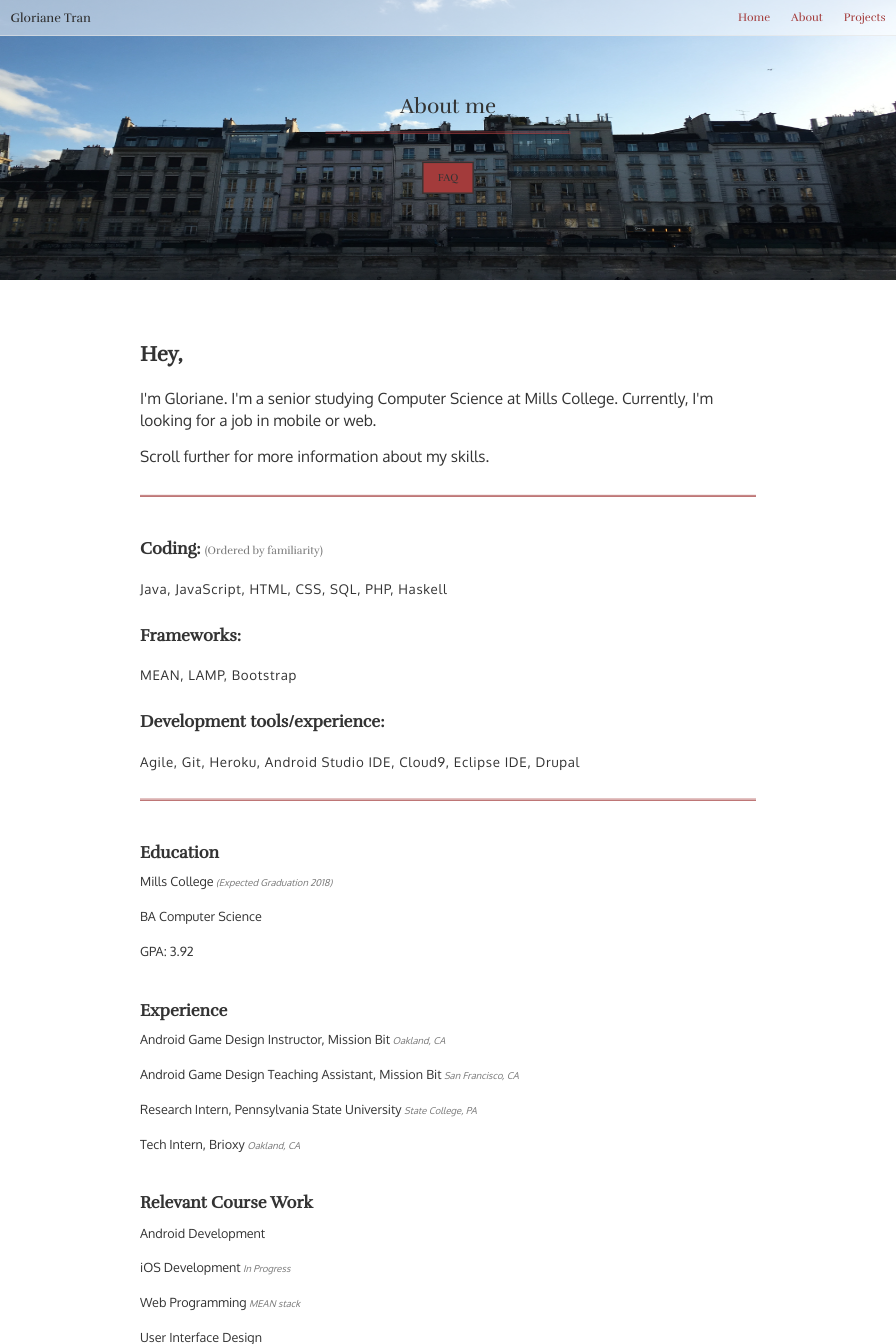
Repository: glorianetran/gloriane-web
Page: http://localhost/about
The author's editor kept a record of every edit. The page is drawn from the files as they stood at one moment, then again after the next edit.
The browser window is 1280 px wide. The pictures show the part of the page from y = 0 to 1920 px (the page is 2679 px tall), at 70% of full size.
Some web libraries are served in a nearby version. The page is served by the project's Node server (app.js). Other server files are loaded and not shown.

Above is the page before.

### app_server/views/about.ejs
<!DOCTYPE html>
<html lang="en">
    <head>
        <% include partials/head.ejs %>
        <script type="text/javascript" src="https://code.jquery.com/jquery-1.11.0.min.js"></script>
        <link href="/stylesheets/about.css" rel="stylesheet">

        <!--FAQ script-->
    	<script>
        	jQuery(document).ready(function() {
        	function close_accordion_section() {
        		jQuery('.accordion .accordion-section-title').removeClass('active');
        		jQuery('.accordion .accordion-section-content').slideUp(300).removeClass('open');
        	}

        	jQuery('.accordion-section-title').click(function(e) {
        		// Grab current anchor value
        		var currentAttrValue = jQuery(this).attr('href');

        		if(jQuery(e.target).is('.active')) {
        			close_accordion_section();
        		}else {
        			close_accordion_section();

        			// Add active class to section title
        			jQuery(this).addClass('active');
        			// Open up the hidden content panel
        			jQuery('.accordion ' + currentAttrValue).slideDown(300).addClass('open');
        		}

        		e.preventDefault();
        	});
        });
	</script>
	</head>

    <body>
        <% include partials/nav%>

        <div class="jumbotron">
            <h2 class="text-center rufina">About me</h2>
            <strong><hr class="style"></strong>
            <br>
            <div class="text-center rufina">
                <input type="button" class="button" onClick="document.getElementById('faq').scrollIntoView();" value="FAQ">
            </div>
        </div>

        <!--About page main text-->
        <div class="container">
            <div class="margin">
                <h2 class="about-header rufina">Hey,</h2>
                <br>
                <div class="about-text oxygen">
                   I'm Gloriane. I'm a senior studying Computer Science at Mills College. Currently, I'm looking
                   for a job in mobile or web.
                </div>
                <br>
                <div class="about-text oxygen">Scroll further for more information about my skills. </div>
                <br>
                <hr class="style-2">
                <br>
                <h3 class="about-header rufina">Coding: <small>(Ordered by familiarity)</small></h3>
                <br>
                <div class="about-text-list oxygen">Java, JavaScript, HTML, CSS, SQL, PHP, Haskell</div>
                <br>
                <h3 class="about-header rufina">Frameworks:</h3>
                <br>
                <div class="about-text-list oxygen">MEAN, LAMP, Bootstrap</div>
                <br>
                <h3 class="about-header rufina">Development tools/experience:</h3>
                <br>
                <div class="about-text-list oxygen">Agile, Git, Heroku, Android Studio IDE, Cloud9, Eclipse IDE, Drupal</div>
                <br>
                <hr class="style-2">
                <br>
                <h3 class="about-header rufina">Education</h3>
                <h4 class="about-text-resume oxygen">Mills College<small><i> (Expected Graduation 2018)</i></small>
                <h4 class="about-text-resume oxygen">BA Computer Science</h4>
                <h4 class="about-text-resume oxygen">GPA: 3.92</h4>
                <br>
                <h3 class="about-header rufina">Experience</h3>
                <h4 class="about-text-resume oxygen">Android Game Design Instructor, Mission Bit<small><i> Oakland, CA</i></small></h4>
                <h4 class="about-text-resume oxygen">Android Game Design Teaching Assistant, Mission Bit<small><i> San Francisco, CA</i></small></h4>
                <h4 class="about-text-resume oxygen">Research Intern, Pennsylvania State University<small><i> State College, PA</i></small></h4>
                <h4 class="about-text-resume oxygen">Tech Intern, Brioxy<small><i> Oakland, CA</i></small></h4>
                <br>
                <h3 class="about-header rufina">Relevant Course Work</h3>
                <h4 class="about-text-resume oxygen">Android Development</h4>
                <h4 class="about-text-resume oxygen">iOS Development<small><i> In Progress</i></small></h4>
                <h4 class="about-text-resume oxygen">Web Programming<small><i> MEAN stack</i> </small></h4>
                <h4 class="about-text-resume oxygen">User Interface Design</h4>
                <br>
                <i><h5 class="oxygen">For more information about my professional skills please
                click <a href="https://drive.google.com/file/d/0B7LTg5vkTmfCWkQ1WWlfV2tndTNld3JjbjJ2OTZxSGRpb0Y0/view?usp=sharing" target="_blank"><b>here</b></a> for my resume.</h5></i>
                <br>
                <hr class="style-2">
                <br>

                 <!-- FAQ -->
                <h2 id="faq" class="about-header rufina text-center">FAQ</h2>
                <br>
                <br>
            	<div class="main">
            		<div class="accordion">

            			    <div class="accordion-section">
            			    	<a class="accordion-section-title rufina" href="#accordion-1">Who are you?</a>
            				    <div id="accordion-1" class="accordion-section-content">
            					    <p class="about-faq oxygen">I'm Gloriane. Most people call me Glo. My life motto is to "Glo with the flow."</p>
            				    </div><!--end .accordion-section-content-->
            		       	</div><!--end .accordion-section-->

            			    <div class="accordion-section">
            				    <a class="accordion-section-title rufina" href="#accordion-2">What do you do outside of class?</a>
            				    <div id="accordion-2" class="accordion-section-content">
            					    <p class="about-faq oxygen">I enjoy thinking about cool app ideas,
            					    improving my general knowledge, finding time to volunteer,
            					    and admiring the beauty of giraffes (and all animals). I'm also the president of the Mills Computer Club! </p>
            				    </div><!--end .accordion-section-content-->
            			    </div><!--end .accordion-section-->

            		    	<div class="accordion-section">
            				    <a class="accordion-section-title rufina" href="#accordion-3">What are your career goals?</a>
            				    <div id="accordion-3" class="accordion-section-content">
                					<p class="about-faq oxygen">My short term goal is to get a job in mobile/web to get more experience as a developer. My long term goal is to
                					find a job where I can combine my passion for social justice and technology. I want to be able to help
                					solve some of the world's most pressing issues with tech.</p>
            				    </div><!--end .accordion-section-content-->
            		    	</div><!--end .accordion-section-->

            			    <div class="accordion-section">
            				    <a class="accordion-section-title rufina" href="#accordion-4">What are your strengths/weaknesses?</a>
            				    <div id="accordion-4" class="accordion-section-content">
            					    <p class="about-faq oxygen">My strengths are: being on time,
            					    being organized, having a positive attitude, and embracing any confusion.
            					    My weaknesses are: obsessing over minor details, not asking for help when needed,
            					    public speaking, and spelling (spell-check spoils me).
            					    </p>
            				    </div><!--end .accordion-section-content-->
            		       	</div><!--end .accordion-section-->

            		       	<div class="accordion-section">
            				    <a class="accordion-section-title rufina" href="#accordion-5">What is one cool thing you have done?</a>
            				    <div id="accordion-5" class="accordion-section-content">
            					    <p class="about-faq oxygen">In my 2nd year of college, I studied abroad in Budapest, Hungary at Aquincum Institute of Technology (AIT).
            					    It was my first time leaving the United States. I traveled to 8 countries such as Spain, France, Denmark, etc. All of the images
            					    used for this website were taken while I was abroad. <br><br>
            					    </p>
            					    <div class="text-center">
            					        <h5 class="about-faq oxygen">Here's a picture of me worshipping a quiche the size of my face in Paris, France.</h5>
            					        <img src="/images/quiche.jpg"></img>
            					    </div>
            					    <br>
            				    </div><!--end .accordion-section-content-->
            		       	</div><!--end .accordion-section-->

                    </div><!--end .accordion-->
            	</div><!--end .main-->
            </div><!--end .margin-->
        </div><!--end .container-->
	</body>

	<% include partials/footer%>

</html>

### app_server/views/partials/head.ejs
<meta charset="utf-8">
<meta http-equiv="X-UA-Compatible" content="IE=edge">
<meta name="viewport" content="width=device-width, initial-scale=1">
<meta name="description" content="Gloriane Tran's personal website with information about her academic work and projects.">
<meta name="author" content="Gloriane Tran">

<!--jQuery-->
<script src="https://ajax.googleapis.com/ajax/libs/jquery/3.2.0/jquery.min.js"></script>

<!--Bootstrap Themes-->
<link rel="stylesheet" href="https://maxcdn.bootstrapcdn.com/bootstrap/3.3.7/css/bootstrap.min.css">
<script src="https://maxcdn.bootstrapcdn.com/bootstrap/3.3.7/js/bootstrap.min.js"></script>

<!--Icons-->
<link href="https://maxcdn.bootstrapcdn.com/font-awesome/4.7.0/css/font-awesome.min.css" rel="stylesheet">

<!--Stylesheets-->
<link href="/stylesheets/footer.css" rel="stylesheet">
<link href="/stylesheets/font.css" rel="stylesheet">
<link href="/stylesheets/nav.css" rel="stylesheet">

<!--Fonts-->
<link href="https://fonts.googleapis.com/css?family=Oxygen|Rufina" rel="stylesheet">

<!--Page Title -->
<title>Gloriane Tran | <%= title %></title>

### app_server/views/partials/nav.ejs
<nav class="navbar navbar-default navbar-fixed-top">
    <div class="container-fluid">
        <div class="navbar-header">
                <button type="button" class="navbar-toggle collapsed" data-toggle="collapse" data-target="#navbar" aria-expanded="false" aria-controls="navbar">
                <span class="icon-bar"></span>
                <span class="icon-bar"></span>
                <span class="icon-bar"></span>
            </button>
            <a class="navbar-brand rufina" href="/">Gloriane Tran</a>
        </div>

        <div class="navbar-collapse collapse" id="navbar">
            <ul class="nav navbar-nav navbar-right rufina">
                <li><a href="/">Home</a></li>
                <li><a href="/about">About</a></li>
                <li><a href="/projects">Projects</a></a></li>
            </ul>
        </div>
    </div>
</nav>

### app_server/views/partials/footer.ejs
<footer>
    <hr>
    <div class="container">
        <div class="text-center">
            <a href="https://www.linkedin.com/in/gloriane-tran-ab8592a7/" target="_blank"><i class="fa fa-linkedin-square fa-3x social"></i></a>
            <a href="https://github.com/glorianetran" target="_blank"><i class="fa fa-github-square fa-3x social"></i></a>
            <a href="mailto:glorianetran@gmail.com"><span class="glyphicon glyphicon-envelope"></span></a>
            <br>
            <br>
            <p class="rufina">Copyright © Gloriane Tran 2017</p>
        </div>
    </div>
</footer>

### app.js
var express = require('express');
var path = require('path');
var favicon = require('serve-favicon');
var logger = require('morgan');
var cookieParser = require('cookie-parser');
var bodyParser = require('body-parser');

var index = require('./app_server/routes/index');
var users = require('./app_server/routes/users');

var app = express();

// view engine setup
app.set('views', path.join(__dirname,'app_server', 'views'));
app.set('view engine', 'ejs');

// uncomment after placing your favicon in /public
//app.use(favicon(path.join(__dirname, 'public', 'favicon.ico')));
app.use(logger('dev'));
app.use(bodyParser.json());
app.use(bodyParser.urlencoded({ extended: false }));
app.use(cookieParser());
app.use(express.static(path.join(__dirname, 'public')));

app.use('/', index);
app.use('/users', users);

// catch 404 and forward to error handler
app.use(function(req, res, next) {
  var err = new Error('Not Found');
  err.status = 404;
  next(err);
});

// error handler
app.use(function(err, req, res, next) {
  // set locals, only providing error in development
  res.locals.message = err.message;
  res.locals.error = req.app.get('env') === 'development' ? err : {};

  // render the error page
  res.status(err.status || 500);
  res.render('error');
});

module.exports = app;

### app_server/controllers/main.js
/* GET home page */
module.exports.index = function(req, res) {
    res.render('index', {
        title: 'Home'
    });
};

/* GET about page. */
module.exports.about = function(req, res) {
    res.render('about', {
        title: 'About'
    });
};

/* GET projects page. */
module.exports.projects = function(req, res) {
    res.render('projects', {
        title: 'Projects'
    });
};

### public/stylesheets/footer.css
footer {
    width: 100%;
    height: 100px;
}


/*Social Media Links*/

.fa-3x {
    font-size: 3em;
    color: #A33B3B;
    margin: auto 5px;
}

.fa-3x:hover {
    color: #333333;
}


/*Link color*/

a {
    color: #A33B3B;
}

a:hover {
    color: #333333;
}

a:focus {
    color: #A33B3B;
}


/*Email Icon*/

span.glyphicon-envelope {
    font-size: 2.5em;
    margin: auto 5px;
}

.glyphicon {
    top: 3px;
}

### public/stylesheets/font.css
.rufina{
    font-family: 'Rufina', serif;
}

.oxygen{
    font-family: 'Oxygen', sans-serif;
}

### public/stylesheets/nav.css
.navbar-default .navbar-brand {
    color: #A33B3B;
    font-size: 18px;
}

.navbar-default .navbar-brand:hover,
.navbar-default .navbar-brand:focus {
    color: #2C2B2B;
}

.navbar-default .navbar-nav>li>a {
    color: #A33B3B;
    font-size: 16px;
}

.navbar-default {
    background-color: RGBA(255, 255, 255, .5);
    border-color: #E7E7E7;
}

.icon-bar {
    background-color: #A33B3B !important;
}

### public/stylesheets/about.css
hr.style {
    border-top: 3px double #000000;
    width: 350px;
    border-color: #A33B3B;
}

hr.style-2 {
    border-top: 3px double #000000;
    width: 100%;
    border-color: #A33B3B;
    text-align: left;
}

.button {
    border-radius: 0px;
    background: #A33B3B;
    font-size: 15px;
    font-weight: 500;
    padding: 10px 20px 10px 20px;
    border: solid #333333 2px;
    outline: none !important;
}

.button:hover {
    text-decoration: none;
    background: #333333;
    color: #A33B3B;
}

.jumbotron {
    margin-bottom: 0px;
    padding: 9% 0;
    width: 100%;
    background-image: url("/images/about.jpg");
    background-size: 100% 100%;
    height: 400px;
}

.container {
    width: 100%;
    padding: 0px;
}

.margin {
    margin: 90px 200px;
}

.about-text {
    font-size: 22px;
}

.about-faq {
    font-size: 16px;
}

.about-text-list {
    font-size: 19px;
    letter-spacing: 1px;
}

.about-text-resume {
    padding: 10px 0px;
}

.about-header {
    font-weight: 800;
}


/*----- Accordion FAQ -----*/

.accordion,
.accordion * {
    box-sizing: border-box;
}

.accordion {
    overflow: hidden;
    box-shadow: 0px 1px 3px rgba(0, 0, 0, 0.25);
    border-radius: 3px;
    background: #f7f7f7;
}


/*----- Section Titles -----*/

.accordion-section-title {
    width: 100%;
    padding: 15px;
    display: inline-block;
    border-bottom: 1px solid #1a1a1a;
    background: #333333;
    transition: all linear 0.15s;
    font-size: 1.200em;
    color: #FFFFFF;
    text-decoration: none;
}

.accordion-section-title.active,
.accordion-section-title:hover {
    background: #A33B3B;
    color: #333333;
    text-decoration: none;
    font-weight: bolder;
}

.accordion-section:last-child .accordion-section-title {
    border-bottom: none;
}


/*----- Section Content -----*/

.accordion-section-content {
    padding: 15px;
    display: none;
}

a:focus,
a:hover {
    color: #fff;
    text-decoration: none;
}


/*Responsive*/

@media (max-width: 975px) {
    .margin {
        margin: 40px 60px;
    }
    .jumbotron {
        padding: 12% 0;
    }
}

@media (max-width: 730px) {
    html,
    body {
        width: auto !important;
        overflow-x: hidden !important;
    }
    .margin {
        margin: 30px 30px;
    }
    .jumbotron {
        padding: 15% 0px;
    }
}

@media (max-width: 450px) {
    hr.style {
        width: 300px;
    }
    .margin {
        margin: 30px 30px;
    }
    .jumbotron {
        padding: 23% 0;
    }
}

After the next edit:
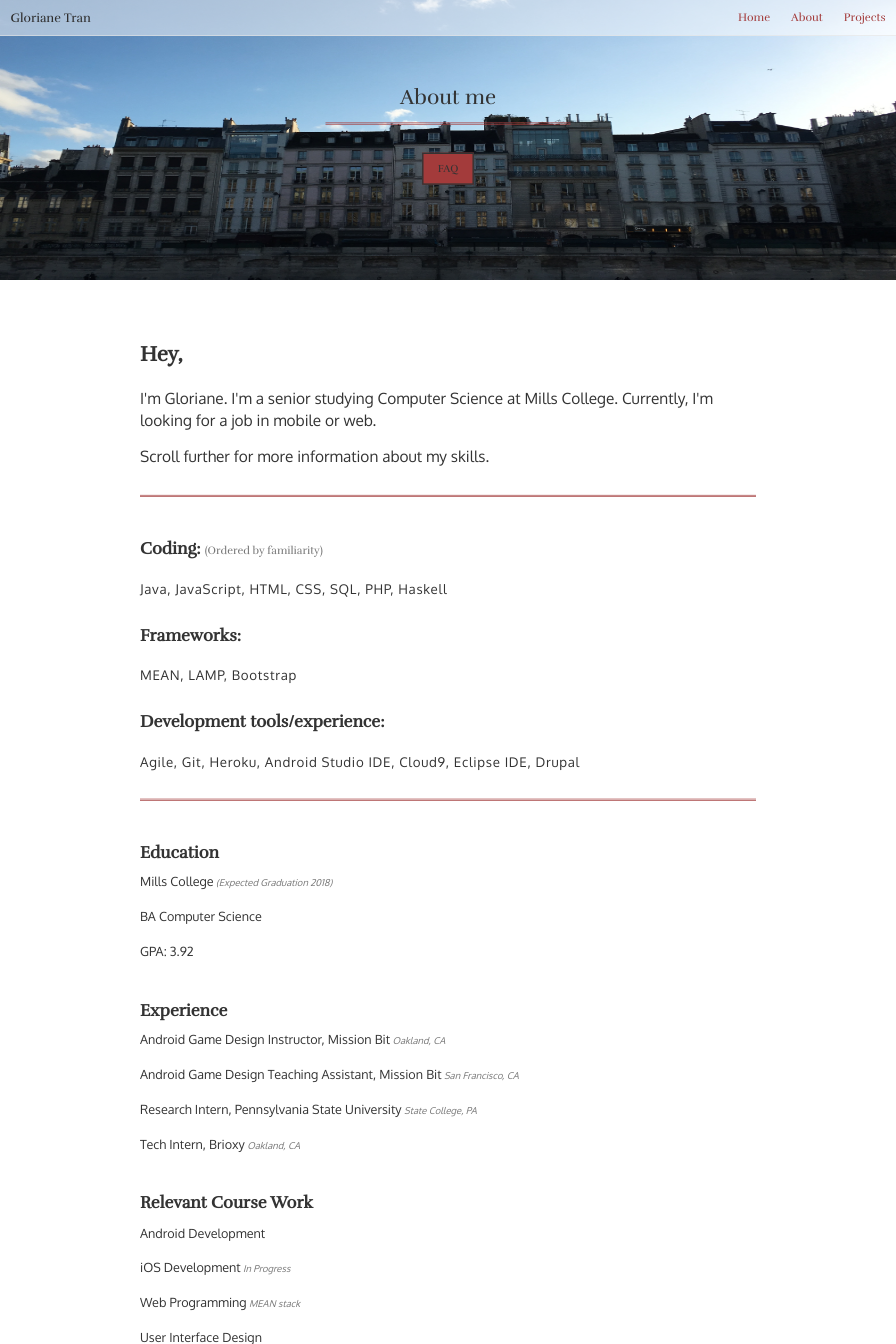
The edit:
--- a/public/stylesheets/about.css
+++ b/public/stylesheets/about.css
@@ -29,7 +29,7 @@
 
 .jumbotron {
     margin-bottom: 0px;
-    padding: 9% 0;
+    padding: 8% 0;
     width: 100%;
     background-image: url("/images/about.jpg");
     background-size: 100% 100%;
